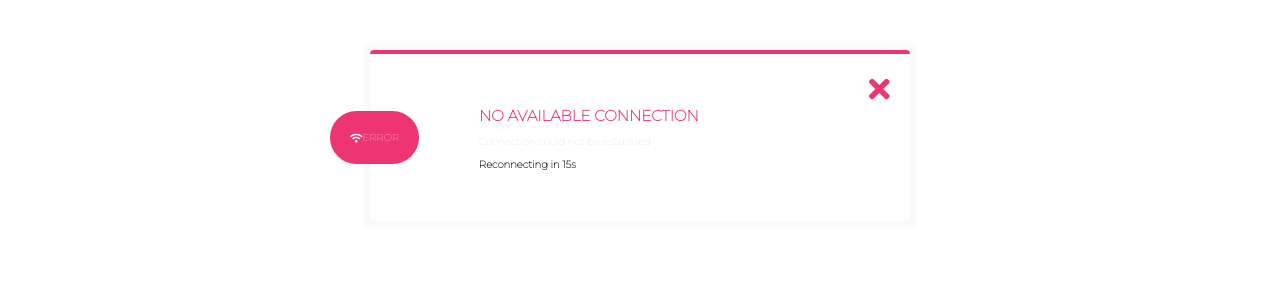
Repository: duongtln/tricks-tips
Page: variable_in_css/index.html
An editor plug-in stored every save of this project. The page is shown before and after the next save, followed by the edit.
The browser window is 1280 px wide. The pictures show the whole page.
Some web libraries are served in a nearby version.

Above is the page before, as saved 2021-08-09 22:46:01.

### variable_in_css/index.html
<!DOCTYPE html>
<html lang="en">

<head>
    <meta charset="UTF-8">
    <meta http-equiv="X-UA-Compatible" content="IE=edge">
    <meta name="viewport" content="width=device-width, initial-scale=1.0">
    <title>Variable in CSS</title>
    <link rel="stylesheet" href="https://cdnjs.cloudflare.com/ajax/libs/font-awesome/5.12.1/css/all.min.css">
    <link rel="preconnect" href="https://fonts.googleapis.com">
    <link rel="preconnect" href="https://fonts.gstatic.com" crossorigin>
    <link href="https://fonts.googleapis.com/css2?family=Montserrat:wght@100&display=swap" rel="stylesheet">
    <link rel="stylesheet" href="style.css">
</head>

<body>
    <div class="error-message">
        <i class="fa fa-times error-close"></i>
        <div class="error-icon">
            <i class="fa fa-wifi"></i>
            Error
        </div>
        <div class="error-content">
            <h2 class="error-title">No available connection</h2>
            <p class="error-notice">Connection could not be establised</p>
            <p class="error-reconnect">Reconnecting in 15s</p>
        </div>
    </div>

    <script src="https://cdnjs.cloudflare.com/ajax/libs/font-awesome/5.12.1/js/all.min.js"></script>
</body>

</html>

### variable_in_css/style.css
html {
    font-size: 62.5%;
}

body {
    font-family: "Montserrat", sans-serif;
}

:root {
    --color-error: #ed2568ed;
}

.error-message {
    width: 50rem;
    background-color: #fff;
    border-radius: 4px;
    display: flex;
    align-items: center;
    margin: 5rem auto;
    border-top: 4px solid var(--color-error);
    padding: 4rem 2rem;
    box-shadow: 0 0 4px 8px rgba(0, 0, 0, 0.025);
    position: relative;
}

.error-close {
    position: absolute;
    right: 2rem;
    top: 2rem;
    color: var(--color-error);
    cursor: pointer;
    font-size: 3rem;
}

.error-icon {
    color: #fff;
    display: flex;
    align-items: center;
    text-transform: uppercase;
    padding: 2rem;
    border-radius: 5rem;
    background-color: var(--color-error);
    position: relative;
    left: -6rem;
}

.error-icon i {
    margin-right: 2rem;
}

.error-title {
    text-transform: uppercase;
    font-style: 1.6rem;
    color: var(--color-error);
    margin-bottom: 1rem;
    font-weight: bold;
}

.error-notice {
    color: #ccc;
}

.error-reconnect {
    font-weight: bold;
    color: #1a1c28;
}

After the next save:
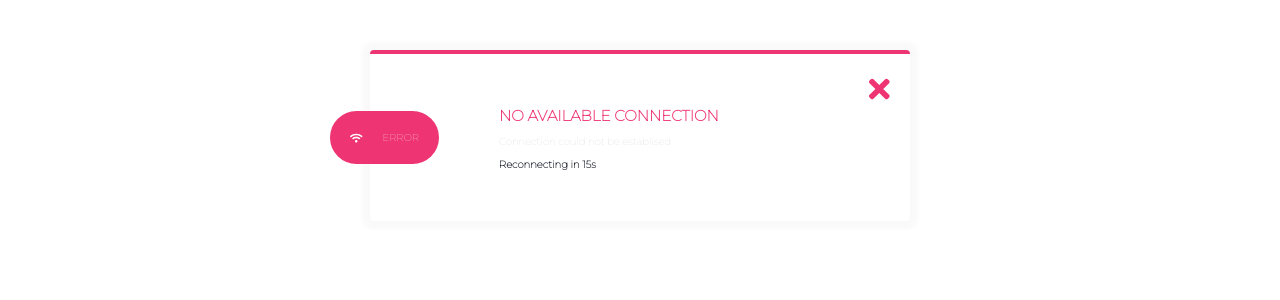
Saved 54 s later.
--- a/variable_in_css/style.css
+++ b/variable_in_css/style.css
@@ -44,7 +44,7 @@ body {
     left: -6rem;
 }
 
-.error-icon i {
+.error-icon svg {
     margin-right: 2rem;
 }
 
